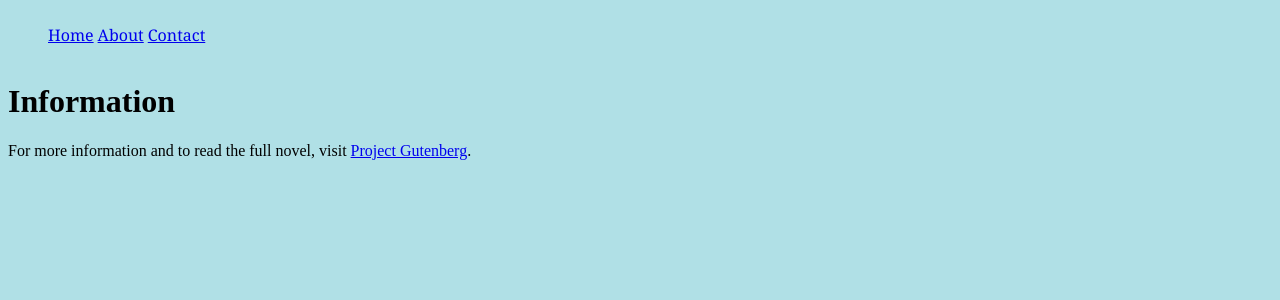
Repository: Brittany-Westlund/WebDesign
Page: Assignment2/info.html
These files come from the project's save history. The page is drawn as it stood at one moment and after the next save; the edit follows.
The browser window is 1280 px wide. The pictures show the whole page.

Above is the page before, as saved 2025-05-27 01:29:23.

After the next save:
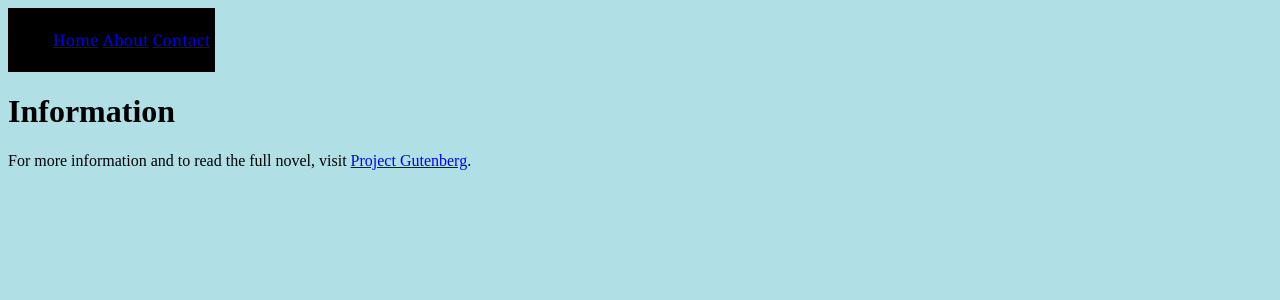
Saved 22 s later.
--- a/Assignment2/style/style.css
+++ b/Assignment2/style/style.css
@@ -20,6 +20,10 @@ nav {
    display: inline-block;
    max-width: 100%;
    margin: auto 0;
+   background-color: black;
+   color: white;
+   padding: 5px;
+   text-align: center;
 }
 
 div {
